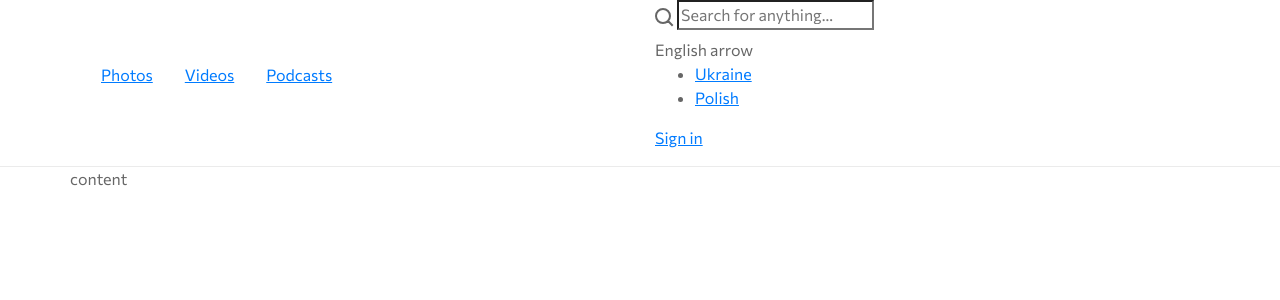
Repository: densavi/djinni
Page: index.html
These files come from the project's save history. The page is drawn as it stood at one moment and after the next save; the edit follows.
The browser window is 1280 px wide. The pictures show the whole page.
The style sheet was rebuilt from its Sass, Less or Tailwind sources for each picture, by a compiler version that may differ from the author's.

Above is the page before, as saved 2023-04-10 21:30:22.
Console error (its wording comes from the project's code and is left out).

After the next save:
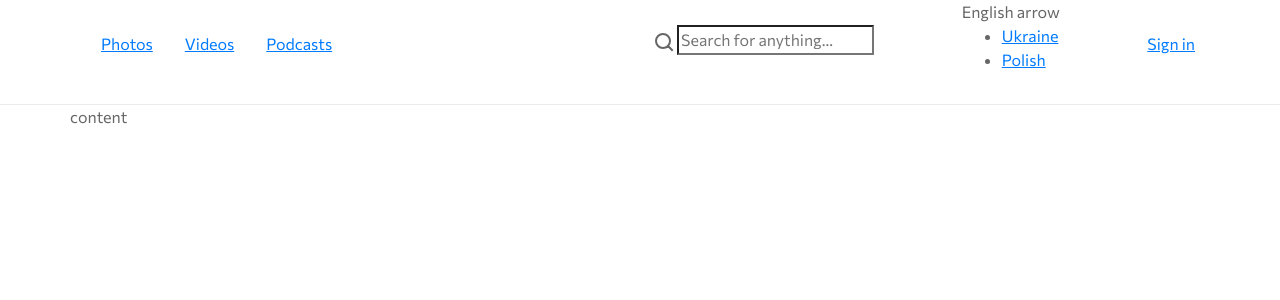
Saved 118 s later.
--- a/index.html
+++ b/index.html
@@ -28,7 +28,7 @@
             </ul>
           </nav>
         </div>
-        <div class="col">
+        <div class="col d-flex justify-content-between align-items-center">
           <label for="search" class="header__search">
             <img src="img/search.svg" alt="Search">
             <input type="search" placeholder="Search for anything...">
